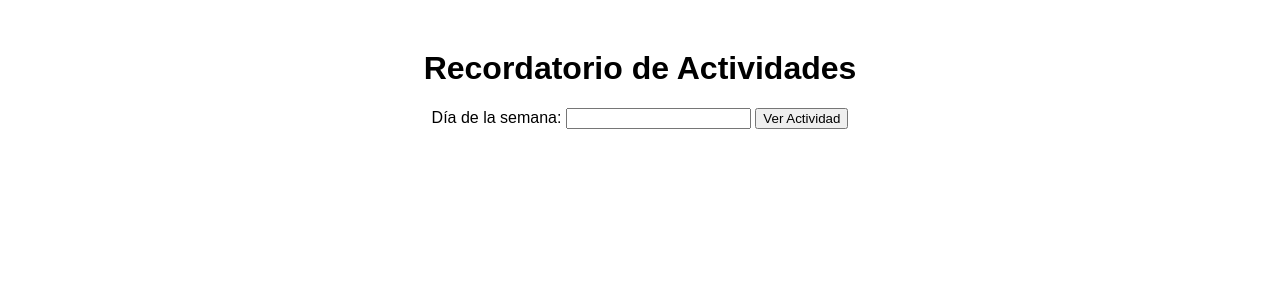
Repository: DiegoJacob0/LabosWeb
Page: 00043719_practica4_seccion1/ejerciciofinal/index.html
The author's editor kept a copy of each file at every save. The page is drawn from the files as they stood at one save, then again after the next save.
The browser window is 1280 px wide. The pictures show the whole page.

Above is the page before, as saved 2025-09-27 14:58:30.

After the next save:
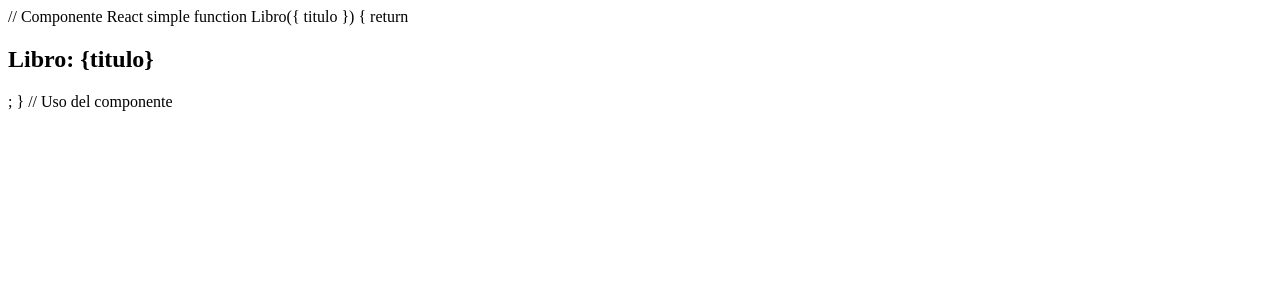
Saved 47 h 26 min later.
--- a/00043719_practica4_seccion1/ejerciciofinal/index.html
+++ b/00043719_practica4_seccion1/ejerciciofinal/index.html
@@ -1,29 +1,7 @@
-<!DOCTYPE html>
-<html lang="en">
+// Componente React simple
+function Libro({ titulo }) {
+  return <h2>Libro: {titulo}</h2>;
+}
 
-<head>
-    <meta charset="UTF-8">
-    <meta name="viewport" content="width=device-width, initial-scale=1.0">
-    <title>Ejercicio Final - guia 4</title>
-    <link rel="stylesheet" href="style.css">
-
-</head>
-
-<body>
-
-    <body>
-
-        <h1>Recordatorio de Actividades</h1>
-
-        <label for="dia">Día de la semana:</label>
-        <input type="text" id="dia">
-
-        <button onclick="mostrarActividad()">Ver Actividad</button>
-
-        <div id="actividad"></div>
-
-        <script src="script.js"></script>
-    </body>
-</body>
-
-</html>
+// Uso del componente
+<Libro titulo="Cien Años de Soledad" />
